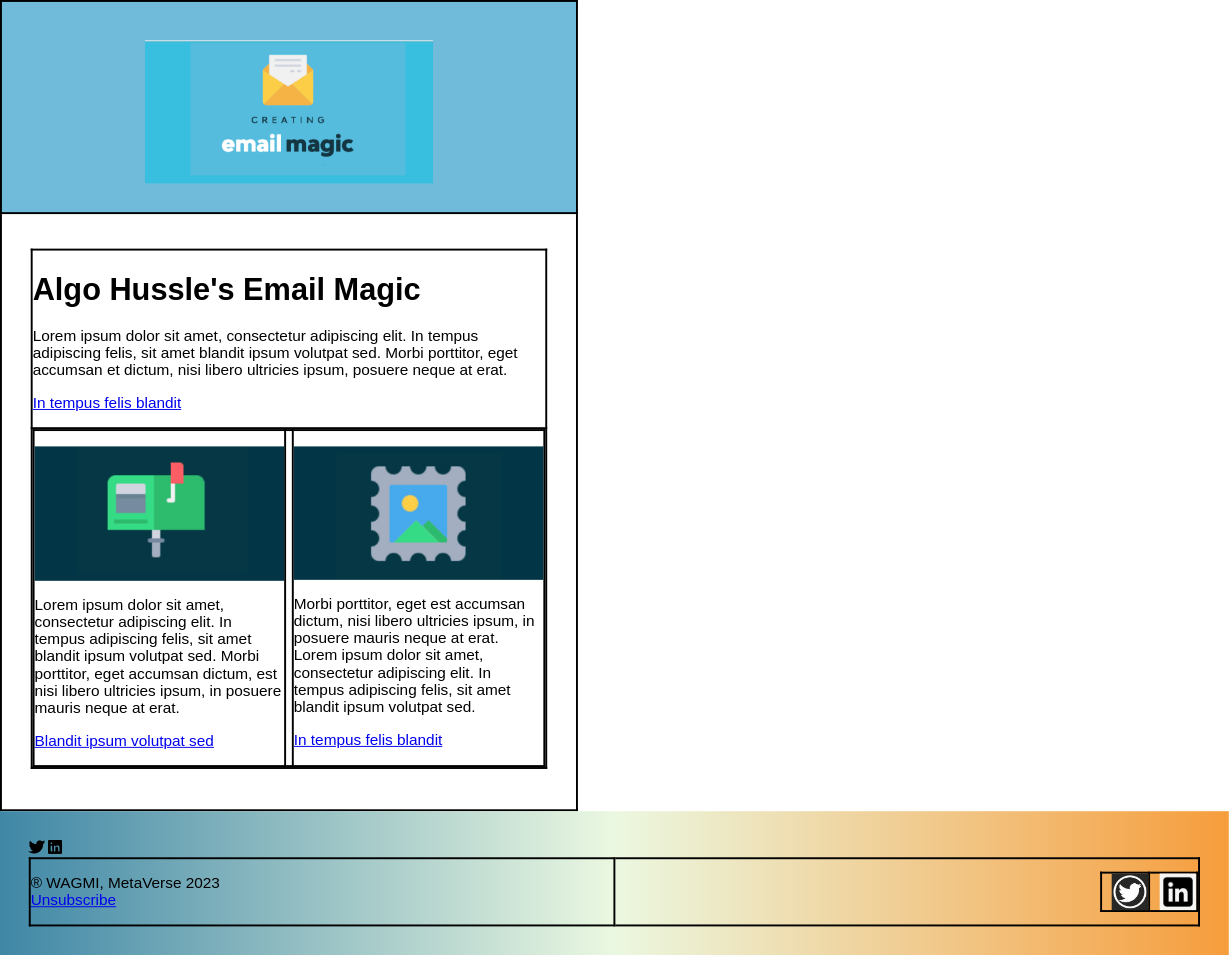
Repository: MikeeBuilds/email-template
Page: index.html
The author's editor kept a copy of each file at every save. The page is drawn from the files as they stood at one save, then again after the next save.
The browser window is 1280 px wide. The pictures show the whole page, at 96% of full size.
Some web libraries are served in a nearby version.

Above is the page before, as saved 2022-11-25 13:29:39.

### index.html
<!DOCTYPE html>
<html lang="en" xmlns="http://www.w3.org./1999/xhtml" xmlns:0="urn:schemas-microsoft-com:office:office">
<head>
    <script src="https://kit.fontawesome.com/f8f61e487a.js" crossorigin="anonymous"></script>
    <meta charset="UTF-8">
    <meta http-equiv="X-UA-Compatible" content="IE=edge">
    <meta name="x-apple-disable-message-reformatting">
    <meta name="viewport" content="width=device-width, initial-scale=1.0">
    <link rel="stylesheet" href="styles.css">
    <title></title>
    <!--[if mso]>
        <noscript>
            <xml>
                <o:OfficeDocumentSettings>
                    <o:AllowPNG/>
                    <o:PixelsPerInch>96</o:PixelsPerInch>
                </o:OfficeDocumentSettings>
            </xml>
        <![endif]-->
        <style>
            table, td, div, h1, p {
                font-family: Arial, sans-serif;
            }
            table, td {
                border: 2px solid #000 !important;
            }
            </style>
<body style="margin: 0; padding: 0;">
    <table role="presentation" style="width: 602px; border-collapse: collapse; border: 1px solid #cccccc; border-spacing: 0; text-align: left;
    border-spacing: 0; background: #ffffff;">
        <tr>
            <td align="center" style="padding: 40px 0 30px 0; background: #70bbd9;">
                <img src="images/h1.png" alt="heading picture" width="300" style="height: auto; display: block;" />
            </td>
        </tr>
        <tr>
            <td align="center" style="padding: 36px 30px 42px 30px;">
                <table role="presentation" style="width:100%;border-collapse:collapse;border:0;border-spacing:0;">
                    <tr>
                        <td style="padding:0;">
                            <h1>Algo Hussle's Email Magic</h1>
<p>Lorem ipsum dolor sit amet, consectetur adipiscing elit. In tempus adipiscing felis, sit amet blandit ipsum volutpat sed. Morbi porttitor, eget accumsan et dictum, nisi libero ultricies ipsum, posuere neque at erat.</p>
<p><a href="http://www.example.com">In tempus felis blandit</a></p>

                        </td>
                    </tr>
                    <tr>
                        <td style="padding:0;">
                            <table role="presentation" style="width:100%;border-collapse:collapse;border:0;border-spacing:0;">
                                <tr>
                                    <td style="width:260px;padding:0;vertical-align:top;">
                                        <p><img src="images/left.png" alt="" width="260" style="height:auto;display:block;" /></p>
            <p>Lorem ipsum dolor sit amet, consectetur adipiscing elit. In tempus adipiscing felis, sit amet blandit ipsum volutpat sed. Morbi porttitor, eget accumsan dictum, est nisi libero ultricies ipsum, in posuere mauris neque at erat.</p>
            <p><a href="http://www.example.com">Blandit ipsum volutpat sed</a></p>
                                    </td>
                                    <td style="width:20px;padding:0;font-size:0;line-height:0;">&nbsp;</td>
                                    <td style="width:260px;padding:0;vertical-align:top;">
                                        <p><img src="images/right.png" alt="" width="260" style="height:auto;display:block;" /></p>
            <p>Morbi porttitor, eget est accumsan dictum, nisi libero ultricies ipsum, in posuere mauris neque at erat. Lorem ipsum dolor sit amet, consectetur adipiscing elit. In tempus adipiscing felis, sit amet blandit ipsum volutpat sed.</p>
            <p><a href="http://www.example.com">In tempus felis blandit</a></p>
        </td>
    </tr>
</table>

                                    </td>
                                </tr>
                            </table>
                        </td>
                    </tr>
                </table>
            </body>
        </head>


        <footer style="padding: 30px; background: linear-gradient(0.25turn, #3f87a6, #ebf8e1, #f69d3c)";>
            <i  class="fa-solid fa-bounce fa-brands fa-twitter"></i>
            <i class="fa-solid fa-bounce fa-brands fa-linkedin"></i>
            <table role="presentation" style="width:100%;border-collapse:collapse;border:0;border-spacing:0;">
                <tr>
                    <td style="padding:0;width:50%;" align="left">
                        <p>&reg; WAGMI, MetaVerse 2023<br/><a href="http://www.example.com">Unsubscribe</a></p>
                    </td>
                    <td style="padding:0;width:50%;" align="right">
                        <table role="presentation" style="border-collapse:collapse;border:0;border-spacing:0;">
                            <tr>
                                <td style="padding:0 0 0 10px;width:38px;">
                                    <a href="http://www.twitter.com/bankroll_miyagi"><img src="images/twitter.png" alt="Twitter" width="38" style="height:auto;display:block;border:0;" /></a>
                                </td>
                                <td style="padding:0 0 0 10px;width:38px;">
                                    <a href="http://www.linkedin.com/in/mike-woods-51b3b2257"><img src="images/linkedin.png" alt="Facebook" width="38" style="height:auto;display:block;border:0;" /></a>
                                </td>
                            </tr>
                        </table>
                    </td>
                </tr>
            </table>
        </footer>

        </html>

Loaded but not shown: styles.css (no stored copy; drawn as an empty file)

After the next save:
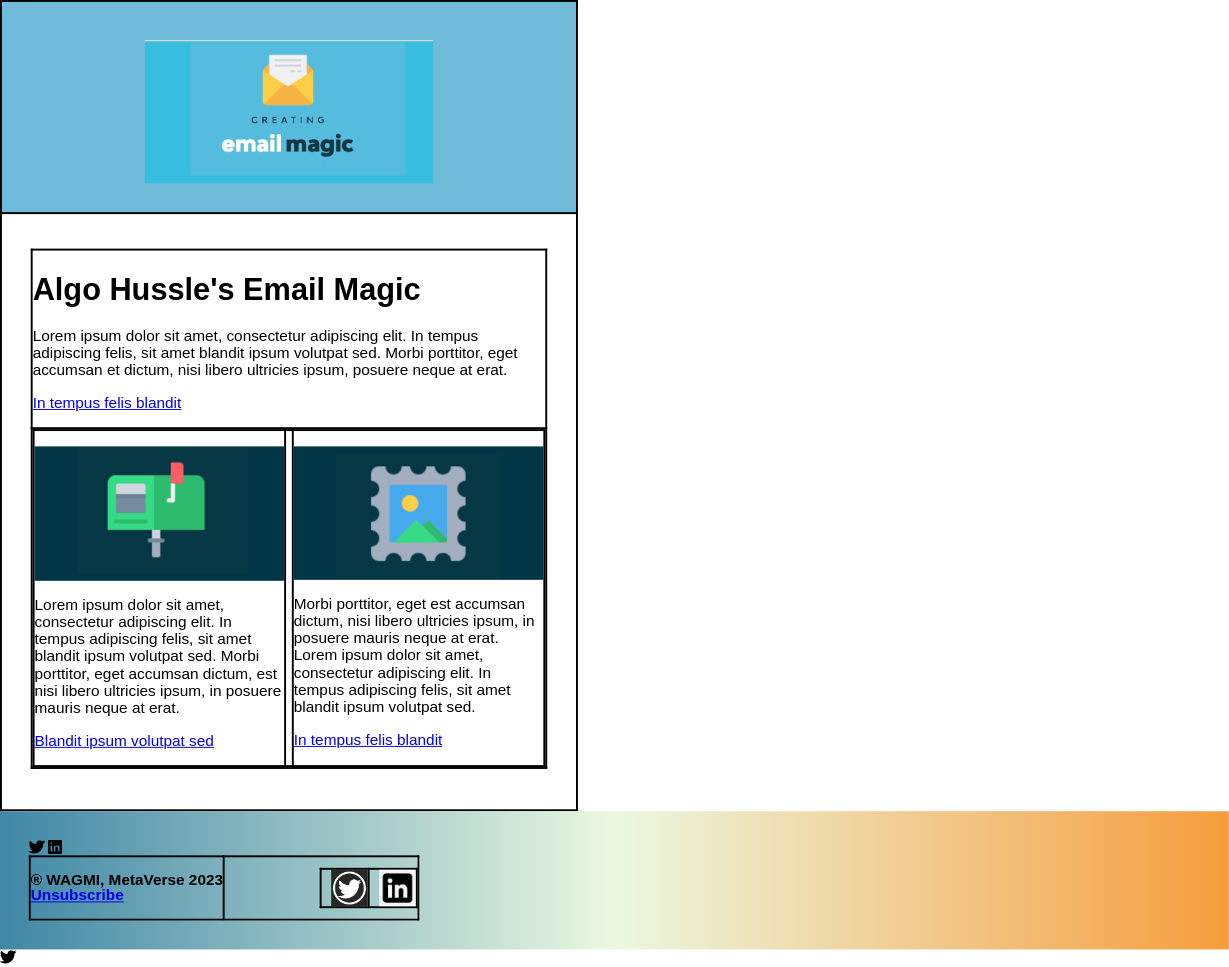
Saved 5 min 24 s later.
--- a/index.html
+++ b/index.html
@@ -73,7 +73,7 @@
 
 
         <footer style="padding: 30px; background: linear-gradient(0.25turn, #3f87a6, #ebf8e1, #f69d3c)";>
-            <i  class="fa-solid fa-bounce fa-brands fa-twitter"></i>
+            <a <i  class="fa-solid fa-bounce fa-brands fa-twitter"></i>
             <i class="fa-solid fa-bounce fa-brands fa-linkedin"></i>
             <table role="presentation" style="width:100%;border-collapse:collapse;border:0;border-spacing:0;">
                 <tr>
